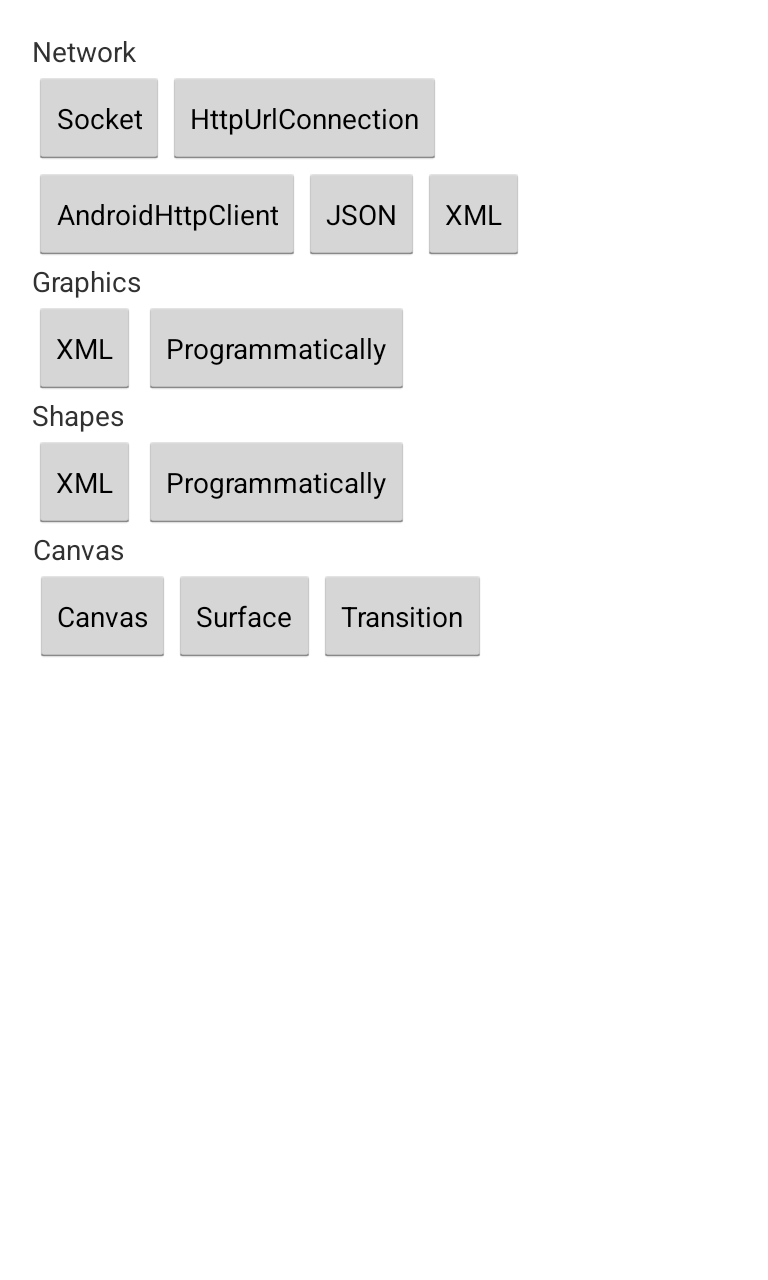
Repository: Amir13/Android_Basic_Steps
Layout: ViewElements4/res/layout/activity_main.xml
An editor plug-in stored every save of this project. The layout is shown before and after the next save, followed by the edit.
It is drawn on a 768 x 1280 px phone screen (xhdpi) without system bars, with theme AppTheme; the app's code is not run.

Above is the layout before, as saved 2014-06-09 01:02:28.

After the next save:
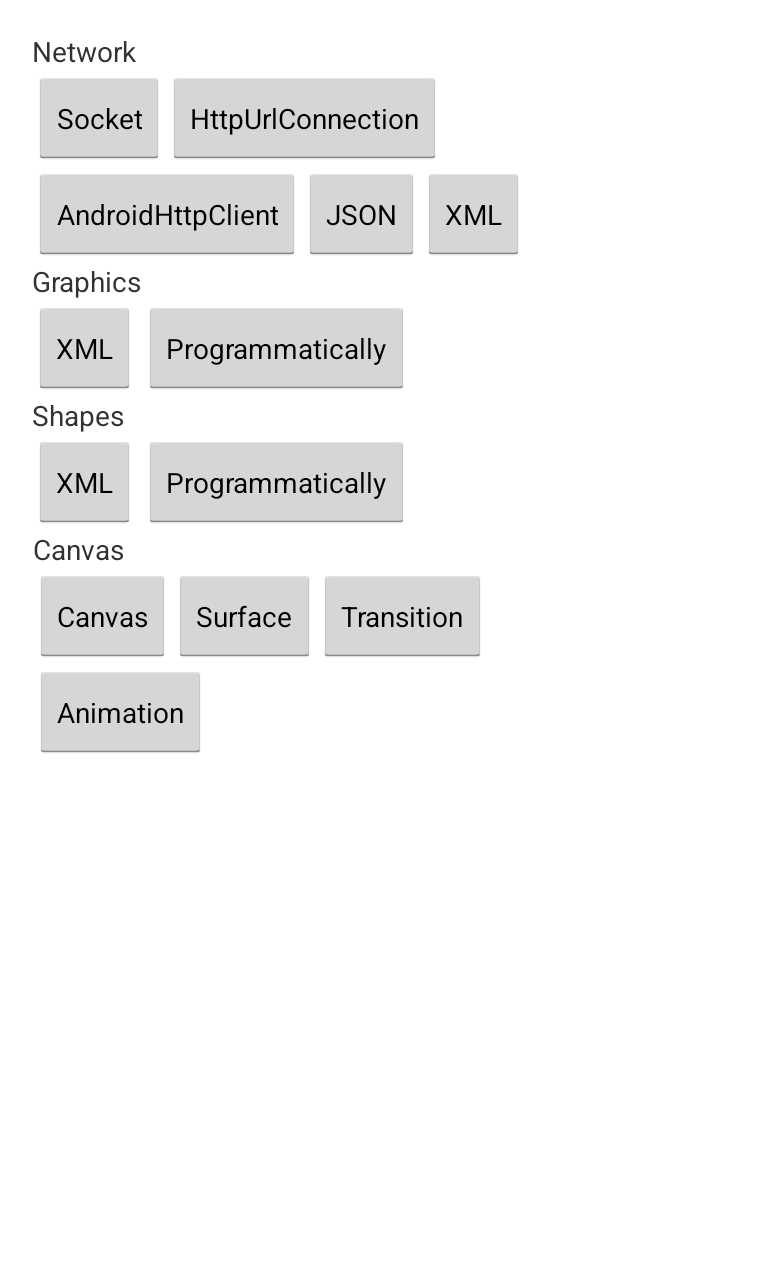
Saved 2 min 5 s later.
--- a/ViewElements4/res/layout/activity_main.xml
+++ b/ViewElements4/res/layout/activity_main.xml
@@ -150,4 +150,13 @@
         android:layout_toRightOf="@+id/btnSurface"
         android:text="@string/title_activity_android_transition" />
 
+    <Button
+        android:id="@+id/button1"
+        style="?android:attr/buttonStyleSmall"
+        android:layout_width="wrap_content"
+        android:layout_height="wrap_content"
+        android:layout_alignLeft="@+id/btnCanvas"
+        android:layout_below="@+id/btnCanvas"
+        android:text="@string/title_activity_android_animation" />
+
 </RelativeLayout>
